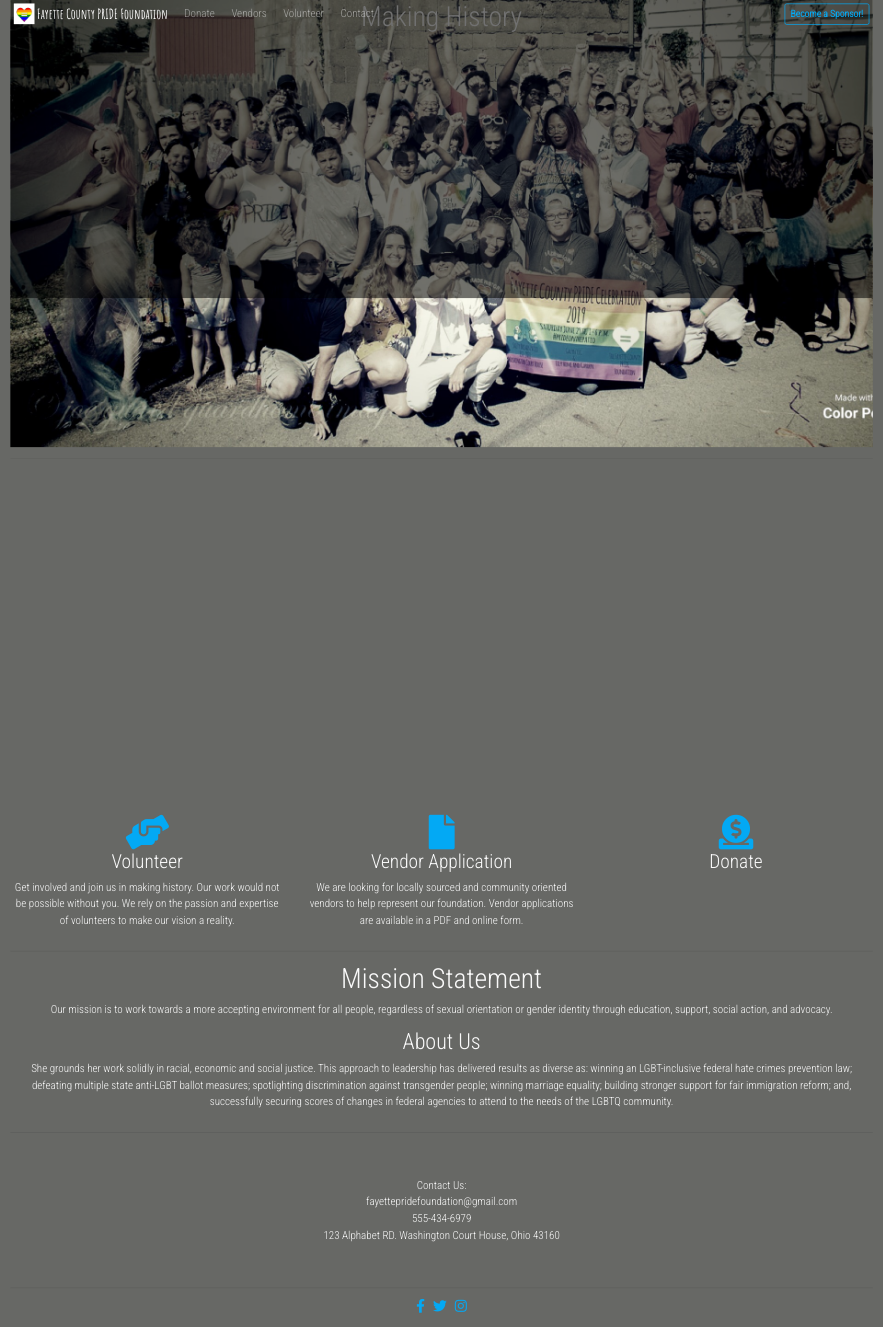
Repository: Code-Institute-Submissions/https-github.com-callendera-Milestone-Project-2
Page: index.html
The author's editor kept a record of every edit. The page is drawn from the files as they stood at one moment, then again after the next edit.
The browser window is 1280 px wide. The pictures show the whole page, at 69% of full size.
Backgrounds fixed to the window are drawn as part of the page. Some web libraries are served in a nearby version.

Above is the page before.

After the next edit:
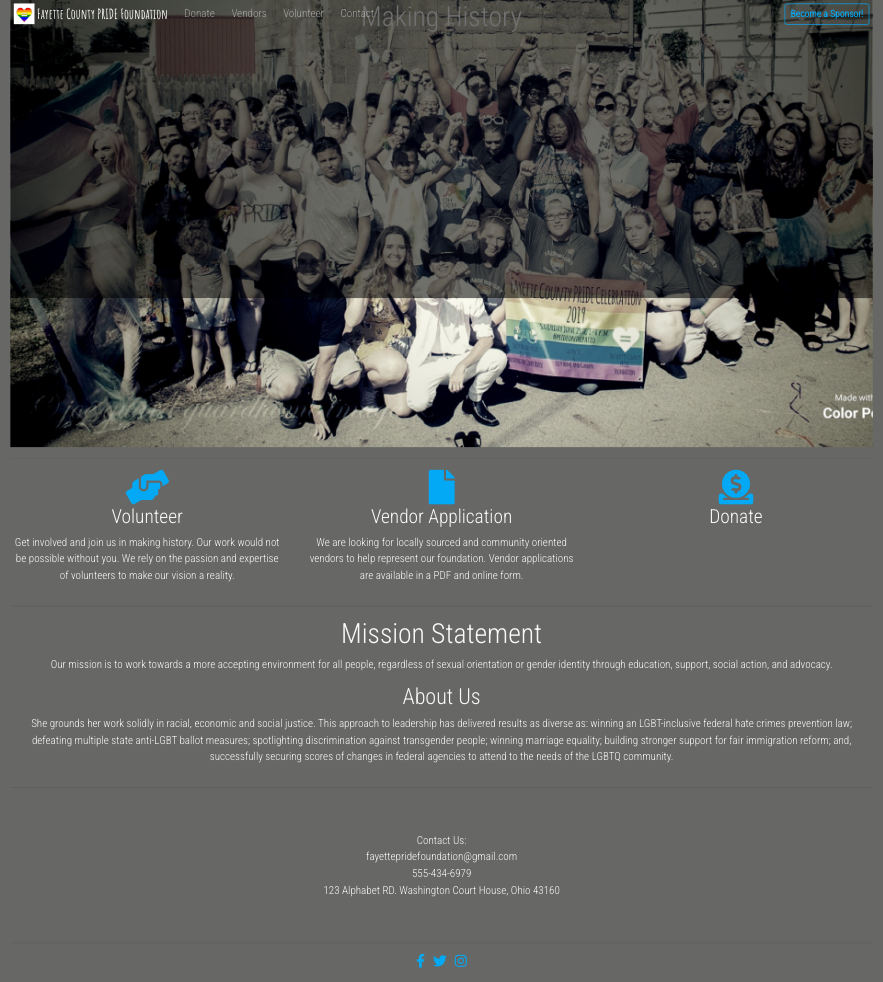
The edit:
--- a/assets/css/style.css
+++ b/assets/css/style.css
@@ -183,6 +183,10 @@
    height: 60vh;
 
 }
+
+.involved-container {
+    padding: 0px;
+}
 }
 
 @media (min-width: 992px) {
